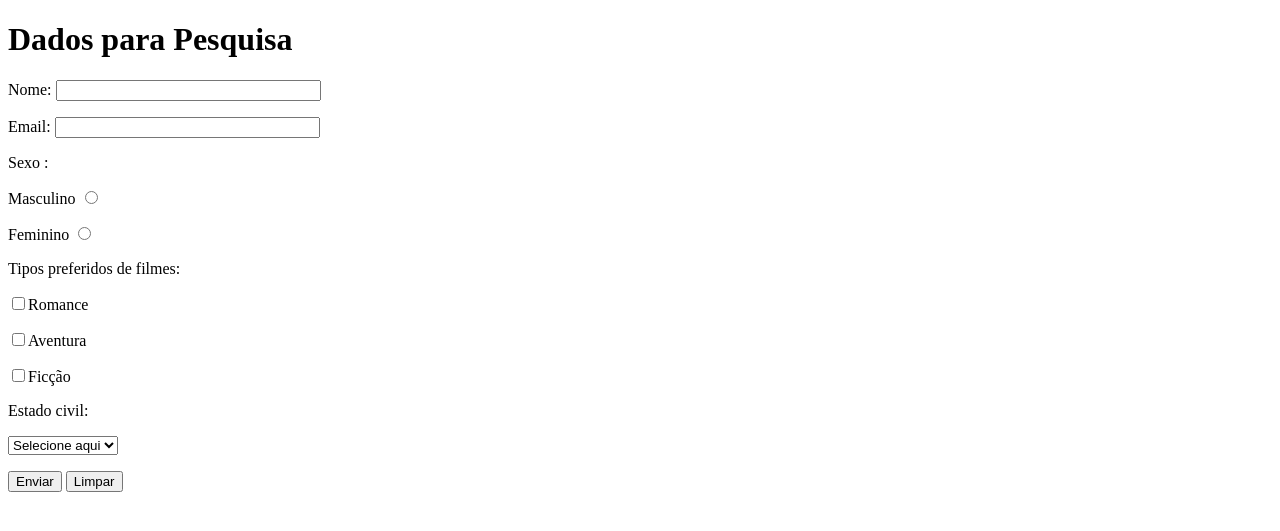
Repository: Marcelinalima/Java_JSP
Page: projeto_pesquisa/src/main/webapp/inserirPesquisa.html
These files come from the project's save history. The page is drawn as it stood at one moment and after the next save; the edit follows.
The browser window is 1280 px wide. The pictures show the whole page.

Above is the page before, as saved 2023-04-16 20:15:52.

### projeto_pesquisa/src/main/webapp/inserirPesquisa.html
<!DOCTYPE html>
<html>
<head>
<meta charset="UTF-8">
<title>Dados de Pesquisa</title>
</head>
<body>
   <div class="container"></div>
   <h1> Dados para Pesquisa</h1>

   <form action="http://localhost:8080/projeto_pesquisa/PesquisaInclusaoServlet" method="post">



     <p>Nome: <input type="text" name="p_nome" size="30" /></p>
     <p>Email: <input type="email" name="p_email" size="30" /></p>


     <p> Sexo : </p>
     <p>Masculino  <input type="radio" name="p_sexo" value="masculino" /></p>
     <p>Feminino  <input type="radio" name="p_sexo" value="feminino" /></p>

     <p> Tipos preferidos de filmes: </p>
     <p> <input type="checkbox" name="p_ck1" value="romance" />Romance</p>
     <p> <input type="checkbox" name="p_ck2" value="aventura" />Aventura</p>
     <p> <input type="checkbox" name="p_ck2" value="Ficção" />Ficção</p>

     <p> Estado civil: </p>
     <select name="p_estadoCivil">
        <option selected="selected" disabled >Selecione aqui</option>
        <option value="solteiro(a)">Solteiro(a)</option>
        <option value="casado(a)">Casado(a)</option>
        <option value="viuvo(a)">Viuvo(a)</option>

     </select>

       <p>
         <input type="submit" value="Enviar"/>
         <input type="reset" value="Limpar"/></p>


   </form>

</body>
</html>

After the next save:
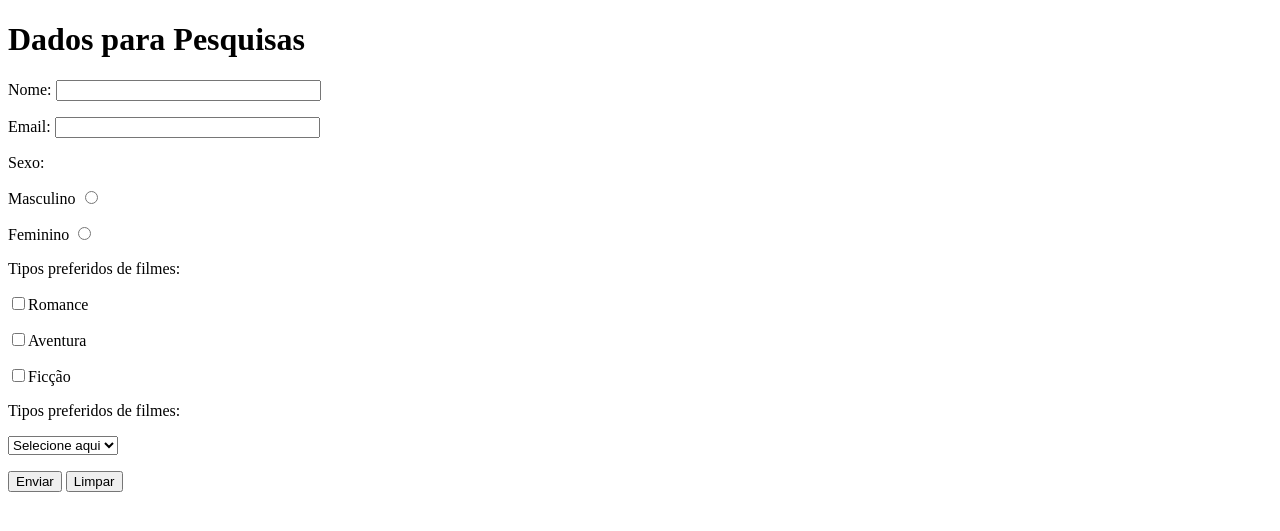
Saved 2 min 15 s later.
--- a/projeto_pesquisa/src/main/webapp/inserirPesquisa.html
+++ b/projeto_pesquisa/src/main/webapp/inserirPesquisa.html
@@ -5,41 +5,36 @@
 <title>Dados de Pesquisa</title>
 </head>
 <body>
-   <div class="container"></div>
-   <h1> Dados para Pesquisa</h1>
 
-   <form action="http://localhost:8080/projeto_pesquisa/PesquisaInclusaoServlet" method="post">
+	<h1>Dados para Pesquisas</h1>
+	<form action="/projeto_pesquisa/PesquisaInclusaoServlet" method="post">
 
+		<p>Nome: <input type="text" name="p_nome" size="30" /></p>
+		<p>Email:  <input type="email" name="p_email" size="30" /></p>
 
+		<p>Sexo:</p>
+		<p>Masculino  <input type="radio" name="p_sexo" value="masculino" /></p>
+		<p>Feminino  <input type="radio" name="p_sexo" value="feminino" /></p>
 
-     <p>Nome: <input type="text" name="p_nome" size="30" /></p>
-     <p>Email: <input type="email" name="p_email" size="30" /></p>
+		<p>Tipos preferidos de filmes:</p>
+		<p><input type="checkbox" name="p_ck1" value="romance" />Romance</p>
+		<p><input type="checkbox" name="p_ck2" value="aventura" />Aventura</p>
+		<p><input type="checkbox" name="p_ck3" value="Ficção" />Ficção</p>
 
+		<p>Tipos preferidos de filmes:</p>
+		<select name="p_estadoCivil">
+			<option selected="selected" disabled>Selecione aqui</option>
+			<option value="solteiro(a)">Solteiro(a)</option>
+			<option value="casado(a)">Casado(a)</option>
+			<option value="Viuvo(a)">Viuvo(a)</option>
+		</select>
 
-     <p> Sexo : </p>
-     <p>Masculino  <input type="radio" name="p_sexo" value="masculino" /></p>
-     <p>Feminino  <input type="radio" name="p_sexo" value="feminino" /></p>
+		<p>
+			<input type="submit" value="Enviar" />
+			<input type="reset" value="Limpar" />
+		</p>
 
-     <p> Tipos preferidos de filmes: </p>
-     <p> <input type="checkbox" name="p_ck1" value="romance" />Romance</p>
-     <p> <input type="checkbox" name="p_ck2" value="aventura" />Aventura</p>
-     <p> <input type="checkbox" name="p_ck2" value="Ficção" />Ficção</p>
-
-     <p> Estado civil: </p>
-     <select name="p_estadoCivil">
-        <option selected="selected" disabled >Selecione aqui</option>
-        <option value="solteiro(a)">Solteiro(a)</option>
-        <option value="casado(a)">Casado(a)</option>
-        <option value="viuvo(a)">Viuvo(a)</option>
-
-     </select>
-
-       <p>
-         <input type="submit" value="Enviar"/>
-         <input type="reset" value="Limpar"/></p>
-
-
-   </form>
+	</form>
 
 </body>
 </html>
